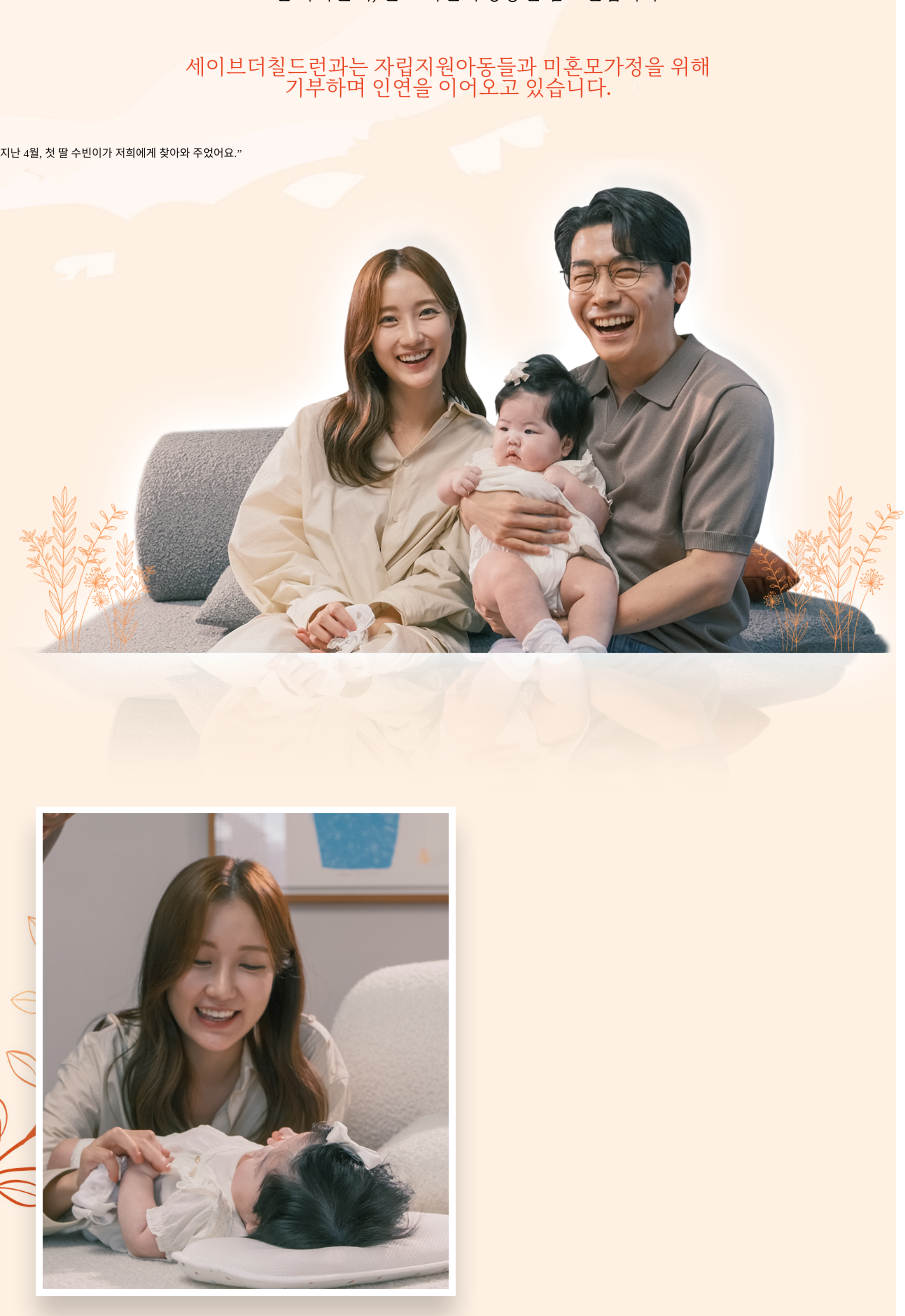
Repository: dlgywls1130/saveTheChildren
Page: index.html
The author's editor kept a copy of each file at every save. The page is drawn from the files as they stood at one save, then again after the next save.
The browser window is 1280 px wide. The page is 1293 px wide, so the pictures cover 1293 px, including what lies to the right of the window. The pictures show the part of the page from y = 1882 to 3762 px (the page is 10620 px tall before and 10690 px after), at 70% of full size.
Some web fonts or font styles are not loaded; a fallback is used. The style sheet was rebuilt from its Sass, Less or Tailwind sources for each picture, by a compiler version that may differ from the author's.

Above is the page before, as saved 2024-11-01 22:16:10.

After the next save:
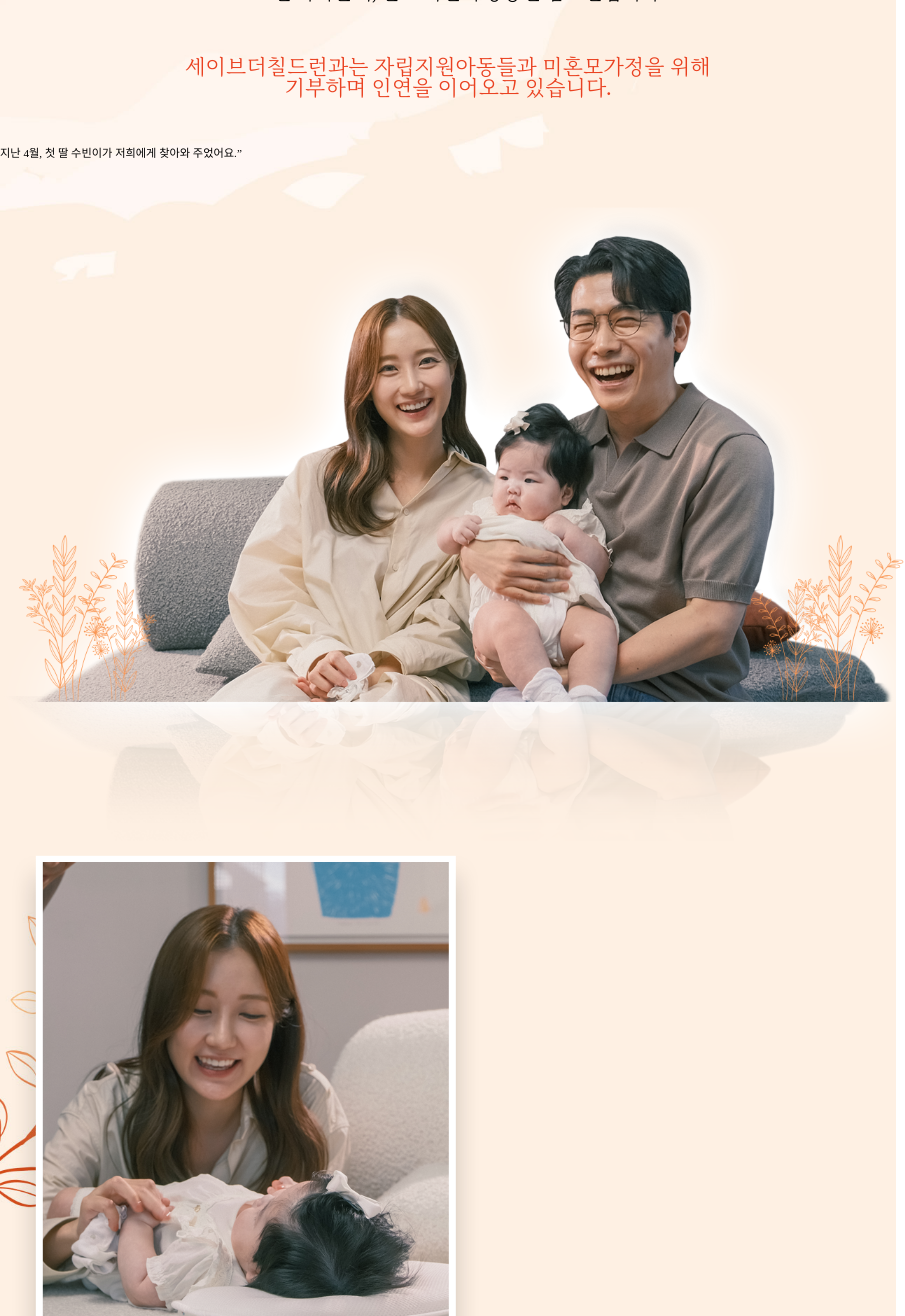
Saved 12 s later.
--- a/index.html
+++ b/index.html
@@ -62,7 +62,7 @@
                     <br>기부하며 인연을 이어오고 있습니다.
                 </p>
 
-                <p class="s01_2">
+                <p class="s01_2 mb-70">
                     지난 4월, 첫 딸 수빈이가 저희에게 찾아와 주었어요.”
                 </p>
 
